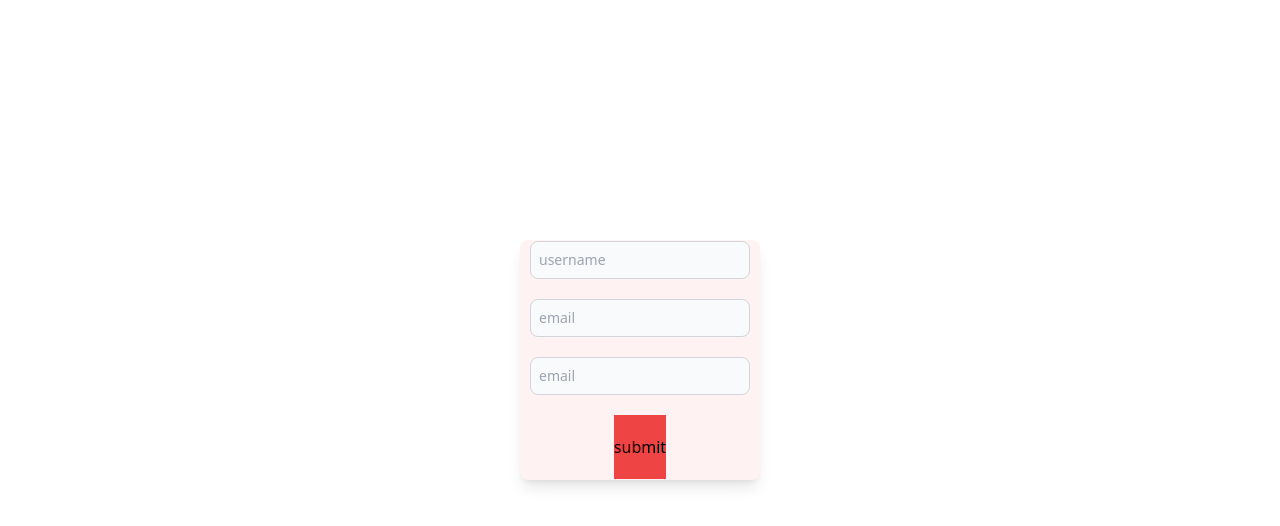
Repository: Emy-gold/alx-fe-reactjs
Page: / (app in form-handling-react/)
The author's editor kept a copy of each file at every save. The page is drawn from the files as they stood at one save, then again after the next save.
The browser window is 1280 px wide. The pictures show the whole page.
The project was rebuilt for these pictures with package versions that can differ from the ones it lists, and the page was loaded fresh each time. Also part of the build but not shown: form-handling-react/vite.config.js.

Above is the page before, as saved 2025-08-22 21:58:54.

### form-handling-react/src/App.jsx
import React from 'react';
import RegistrationForm from './components/RegistrationForm';

function App() {
  return (
    <>
      <RegistrationForm />
    </>
  )
}

export default App

### form-handling-react/src/components/RegistrationForm.jsx
import React from 'react';
import { useState } from 'react';

function RegistrationForm() {

    const [formData, setFormData] = useState({ username: '', email: '', password: '' });

    const handleChange = (e) => {
        const { name, value } = e.target;
        setFormData(prevState => ({ ...prevState, [name]: value }));
    }

    const handleSubmit = (e) => {
        e.preventDefault();
        console.log(formData);
    }

    return (
        <div className='flex w-full mx-auto h-screen justify-center items-center '>
            <form onSubmit={handleSubmit} className='flex flex-col justify-center items-center w-60 h-60 rounded-lg shadow-lg bg-red-50'>
                <input
                    type="text"
                    name="username"
                    value={formData.name}
                    onChange={handleChange}
                    placeholder='username'
                    className='bg-gray-50 border border-gray-300 text-gray-900 text-sm p-2 rounded-lg mb-5'
                />
                <input
                    type="email"
                    name="email"
                    value={formData.email}
                    onChange={handleChange}
                    placeholder='email'
                    className='bg-gray-50 border border-gray-300 text-gray-900 text-sm p-2 rounded-lg mb-5'
                />
                <input
                    type="password"
                    name="password"
                    value={formData.password}
                    onChange={handleChange}
                    placeholder='email'
                    className='bg-gray-50 border border-gray-300 text-gray-900 text-sm p-2 rounded-lg mb-5'
                />
                <button type='submit' className='bg-red-500 py-5'>submit</button>
            </form>
        </div>
    )
}

export default RegistrationForm

Loaded but not shown: form-handling-react/index.html (common file); form-handling-react/src/main.jsx (common file); form-handling-react/src/index.css (common file); form-handling-react/tailwind.config.js (common file)

After the next save:
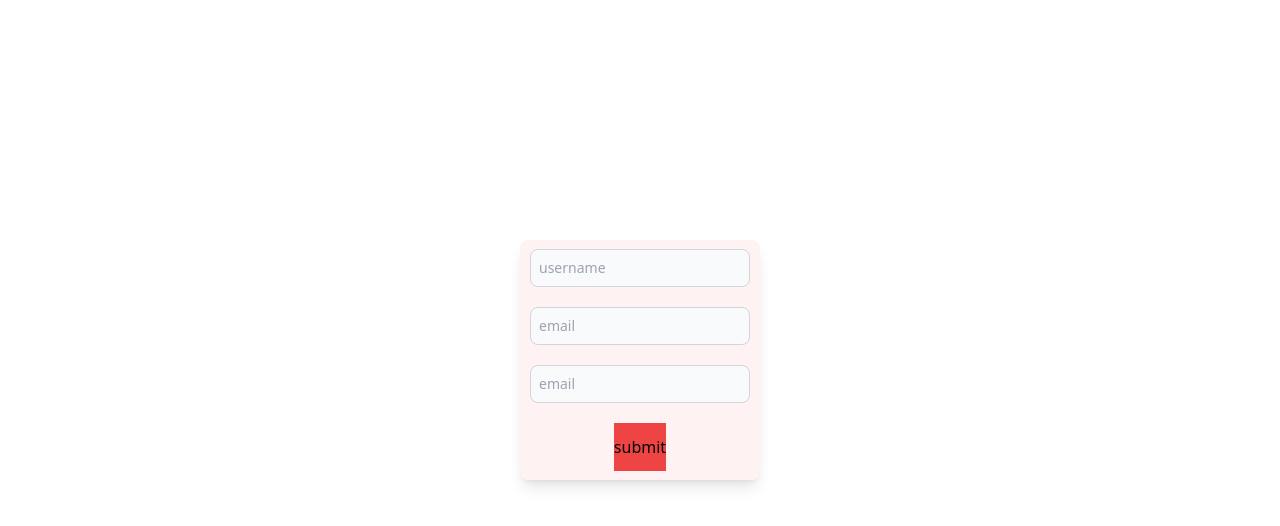
Saved 14 s later.
--- a/form-handling-react/src/components/RegistrationForm.jsx
+++ b/form-handling-react/src/components/RegistrationForm.jsx
@@ -42,7 +42,7 @@ function RegistrationForm() {
                     placeholder='email'
                     className='bg-gray-50 border border-gray-300 text-gray-900 text-sm p-2 rounded-lg mb-5'
                 />
-                <button type='submit' className='bg-red-500 py-5'>submit</button>
+                <button type='submit' className='bg-red-500 py-3'>submit</button>
             </form>
         </div>
     )
